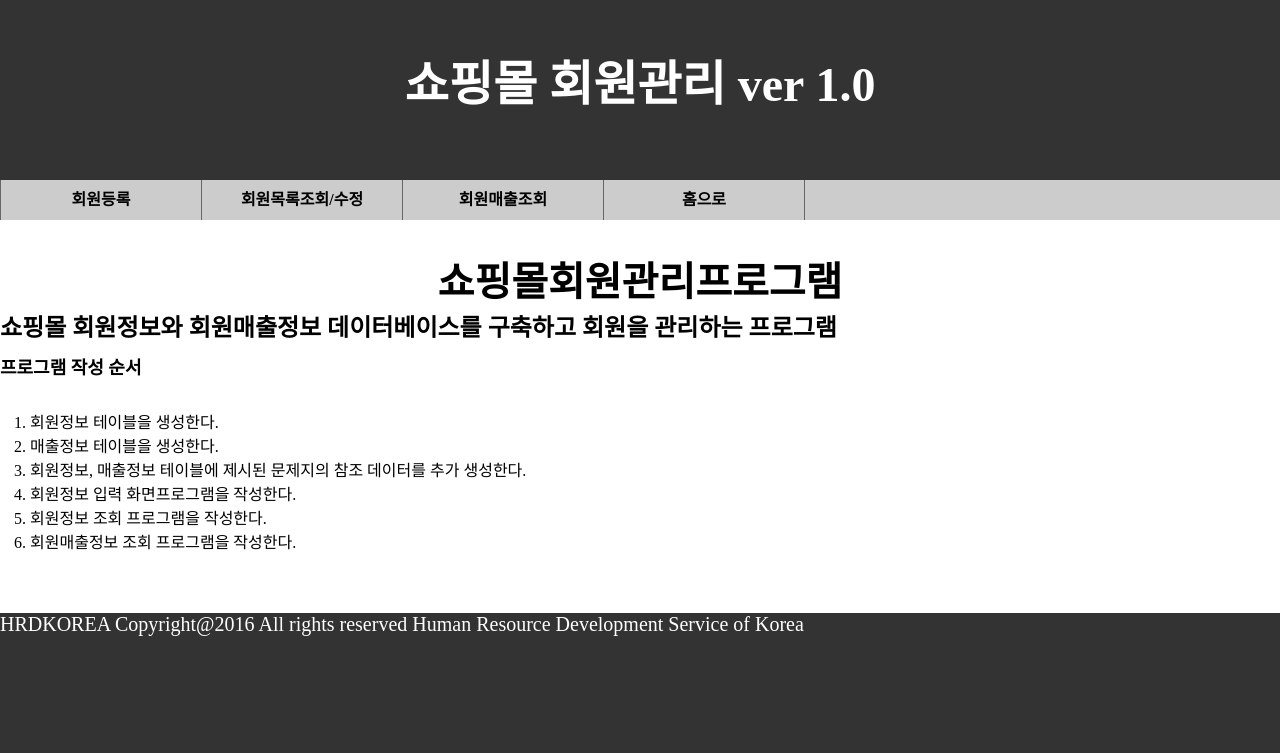
Repository: jsky1234/NCS
Page: http://localhost/HRD_1/admin.jsp
The author's editor kept a copy of each file at every save. The page is drawn from the files as they stood at one save, then again after the next save.
The browser window is 1280 px wide. The pictures show the whole page.
The page is served by Tomcat 9. Other server files are loaded and not shown.

Above is the page before, as saved 2020-11-09 02:40:05.

### ncs1/HRD_1/WebContent/admin.jsp
<%@ page language="java" contentType="text/html; charset=UTF-8"
    pageEncoding="UTF-8"%>
<!DOCTYPE html>
<html>
<head>
<meta charset="UTF-8">
<title>관리자 모드로 로그인 중</title>
<style>
* { margin: 0; padding: 0; }
body, html { width: 100%; height: 100%; }
ul { list-style : none; }
a { text-decoration: none; }

button, label, input { outline: 0; border: 0; user-select: none; }
img { border: 0; }
ol { padding: 30px; }
.hd { clear: both; min-height: 180px; background-color: #333; }
.tit { font-size: 48px; text-align: center; line-height: 140px; color: #fff; padding-top: 15px;}
.gnb { clear: both; height: 40px; background-color: #cccccc; }
.gnb li { float: left; min-width: 120px; width: auto; }
.gnb a { display:block; text-align: center; line-height: 40px; width: 200px; height: 40px; color: #000000; font-weight: 700; border-left: 1px solid #666666; }
.gnb li:last-child { border-right: 1px solid #666666; }

.page { clear: both; padding: 30px 0 30px 0; }
.page_tit { text-align: center; font-size: 40px; }
.item_tit1 { font-size: 24px; }
.item_tit2 { font-size: 18px; margin-top: 10px;}

.ft { clear: both; width: 100%; min-height:80px; height: 140px; margin: 0 auto; background-color: #333; }
.copyright { color: #fff; font-size: 20px}

</style>
</head>
<body>
<header class="hd">
	<h2 class="tit">쇼핑몰 회원관리 ver 1.0</h2>
</header>
<nav class="gnb">
	<ul>
		<li><a href="">회원등록</a></li>
		<li><a href="">회원목록조회/수정</a></li>
		<li><a href="">회원매출조회</a></li>
		<li><a href="">홈으로</a></li>
	</ul>
</nav>
<main class="content">
	<section class="page" id="page1">
		<h2 class="page_tit">쇼핑몰회원관리프로그램</h2>
		<div class="main_help">
			<h3 class="item_tit1">쇼핑몰 회원정보와 회원매출정보 데이터베이스를 구축하고 회원을 관리하는 프로그램</h3>
			<h3 class="item_tit2">프로그램 작성 순서</h3>
			<ol>
				<li>회원정보 테이블을 생성한다.</li>
				<li>매출정보 테이블을 생성한다.</li>
				<li>회원정보, 매출정보 테이블에 제시된 문제지의 참조 데이터를 추가 생성한다.</li>
				<li>회원정보 입력 화면프로그램을 작성한다.</li>
				<li>회원정보 조회 프로그램을 작성한다.</li>
				<li>회원매출정보 조회 프로그램을 작성한다.</li>
			</ol>
		</div>
	</section>
</main>
<footer class="ft">
	<div class="ft_wrap">
		<div class="admin_copy">
			<p class="copyright">HRDKOREA Copyright@2016 All rights reserved Human Resource Development Service of Korea</p>
		</div>
	</div>
</footer>
</body>
</html>

After the next save:
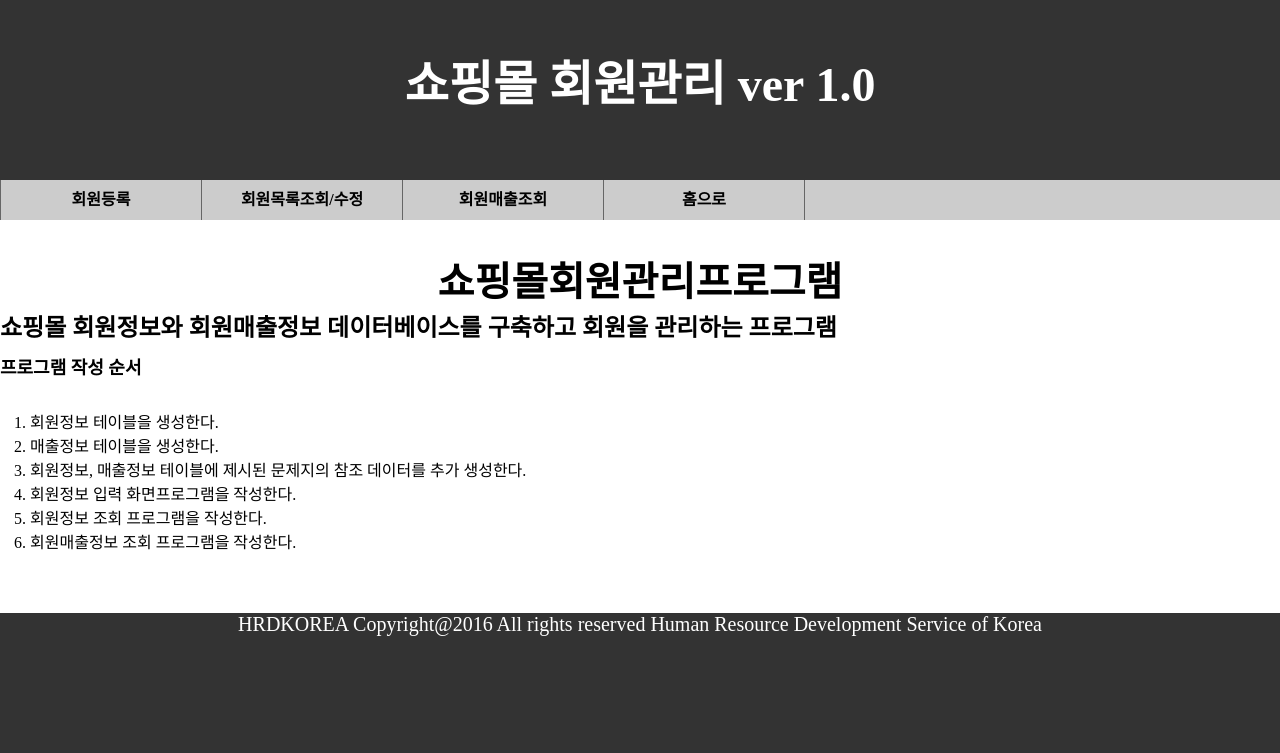
Saved 14 s later.
--- a/ncs1/HRD_1/WebContent/admin.jsp
+++ b/ncs1/HRD_1/WebContent/admin.jsp
@@ -27,7 +27,7 @@ ol { padding: 30px; }
 .item_tit2 { font-size: 18px; margin-top: 10px;}
 
 .ft { clear: both; width: 100%; min-height:80px; height: 140px; margin: 0 auto; background-color: #333; }
-.copyright { color: #fff; font-size: 20px}
+.copyright { color: #fff; font-size: 20px; text-align: center;}
 
 </style>
 </head>
